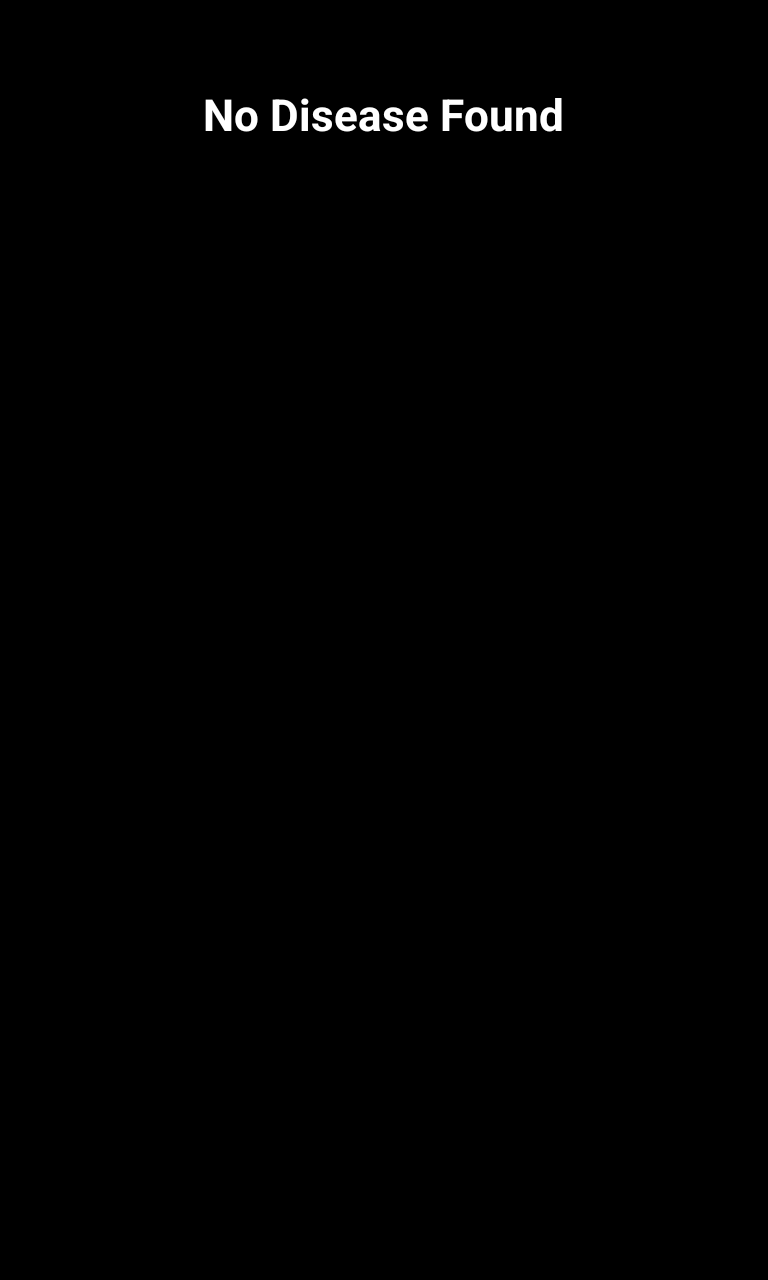
Repository: cephas-digital/phytosenseit
Layout: Eclipse Project /phyto_sense_it/res/layout/noresults.xml
An editor plug-in stored every save of this project. The layout is shown before and after the next save, followed by the edit.
It is drawn on a 768 x 1280 px phone screen (xhdpi) without system bars, with theme android:Theme.NoTitleBar.Fullscreen; the app's code is not run.

Above is the layout before, as saved 2015-07-27 21:10:01.

### Eclipse Project /phyto_sense_it/res/layout/noresults.xml
<?xml version="1.0" encoding="utf-8"?>
<RelativeLayout xmlns:android="http://schemas.android.com/apk/res/android"
    android:layout_width="match_parent"
    android:layout_height="match_parent"
    android:orientation="vertical" >

    <TextView
        android:id="@+id/textView1"
        android:layout_width="wrap_content"
        android:layout_height="wrap_content"
        android:layout_alignParentTop="true"
        android:layout_centerHorizontal="true"
        android:layout_marginTop="42dp"
        android:text="No Disease Found"
        android:textStyle="bold"
        android:textAppearance="?android:attr/textAppearanceLarge" />

</RelativeLayout>

After the next save:
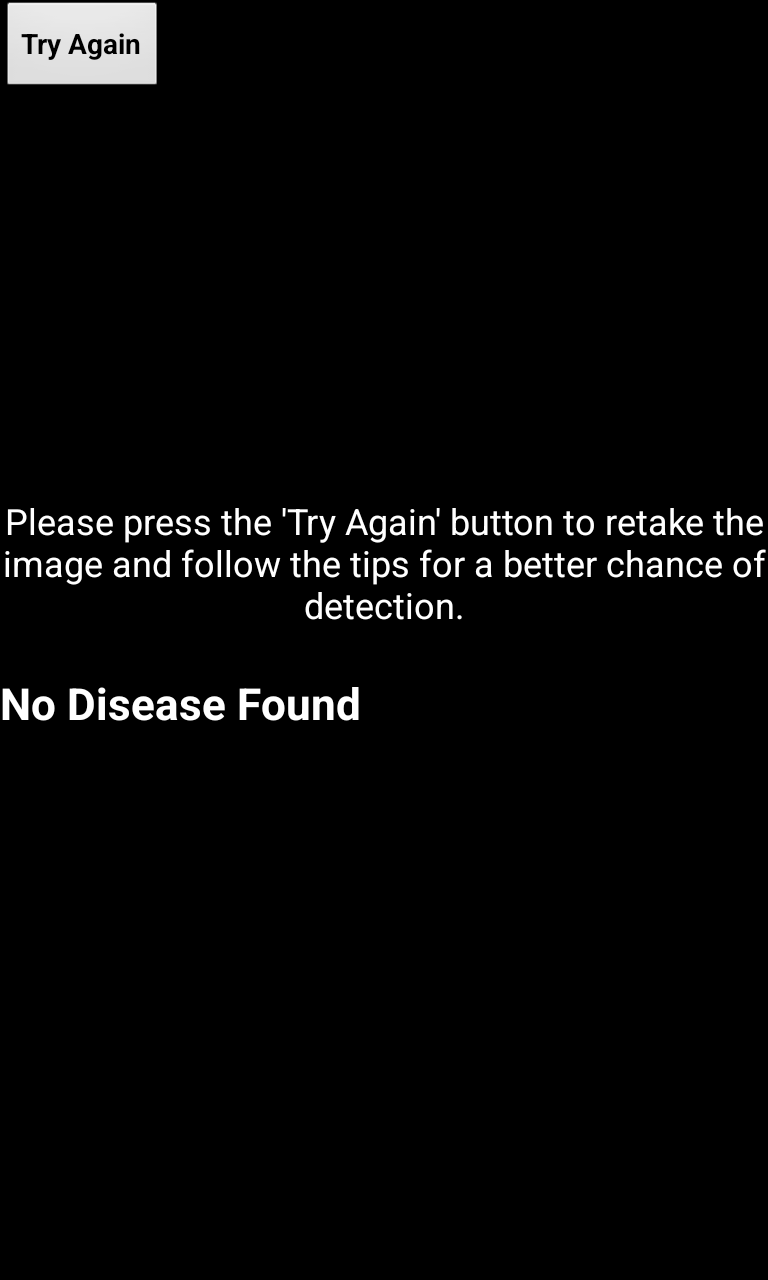
Saved 5 min 30 s later.
--- a/Eclipse Project /phyto_sense_it/res/layout/noresults.xml
+++ b/Eclipse Project /phyto_sense_it/res/layout/noresults.xml
@@ -1,18 +1,39 @@
 <?xml version="1.0" encoding="utf-8"?>
-<RelativeLayout xmlns:android="http://schemas.android.com/apk/res/android"
+<LinearLayout xmlns:android="http://schemas.android.com/apk/res/android"
     android:layout_width="match_parent"
     android:layout_height="match_parent"
     android:orientation="vertical" >
+
+    <Button
+        android:id="@+id/button1"
+        android:layout_width="wrap_content"
+        android:layout_height="wrap_content"
+        android:layout_alignParentBottom="true"
+        android:layout_centerHorizontal="true"
+        android:layout_marginBottom="200dp"
+        android:text="Try Again"
+        android:textStyle="bold" />
+
+    <TextView
+        android:id="@+id/textView2"
+        android:layout_width="wrap_content"
+        android:layout_height="wrap_content"
+        android:layout_above="@+id/button1"
+        android:layout_alignParentLeft="true"
+        android:layout_marginBottom="22dp"
+        android:gravity="center"
+        android:text="Please press the &apos;Try Again&apos; button to retake the image and follow the tips for a better chance of detection."
+        android:textAppearance="?android:attr/textAppearanceMedium" />
 
     <TextView
         android:id="@+id/textView1"
         android:layout_width="wrap_content"
         android:layout_height="wrap_content"
-        android:layout_alignParentTop="true"
+        android:layout_above="@+id/textView2"
         android:layout_centerHorizontal="true"
-        android:layout_marginTop="42dp"
+        android:layout_marginBottom="21dp"
         android:text="No Disease Found"
-        android:textStyle="bold"
-        android:textAppearance="?android:attr/textAppearanceLarge" />
+        android:textAppearance="?android:attr/textAppearanceLarge"
+        android:textStyle="bold" />
 
-</RelativeLayout>
+</LinearLayout>
